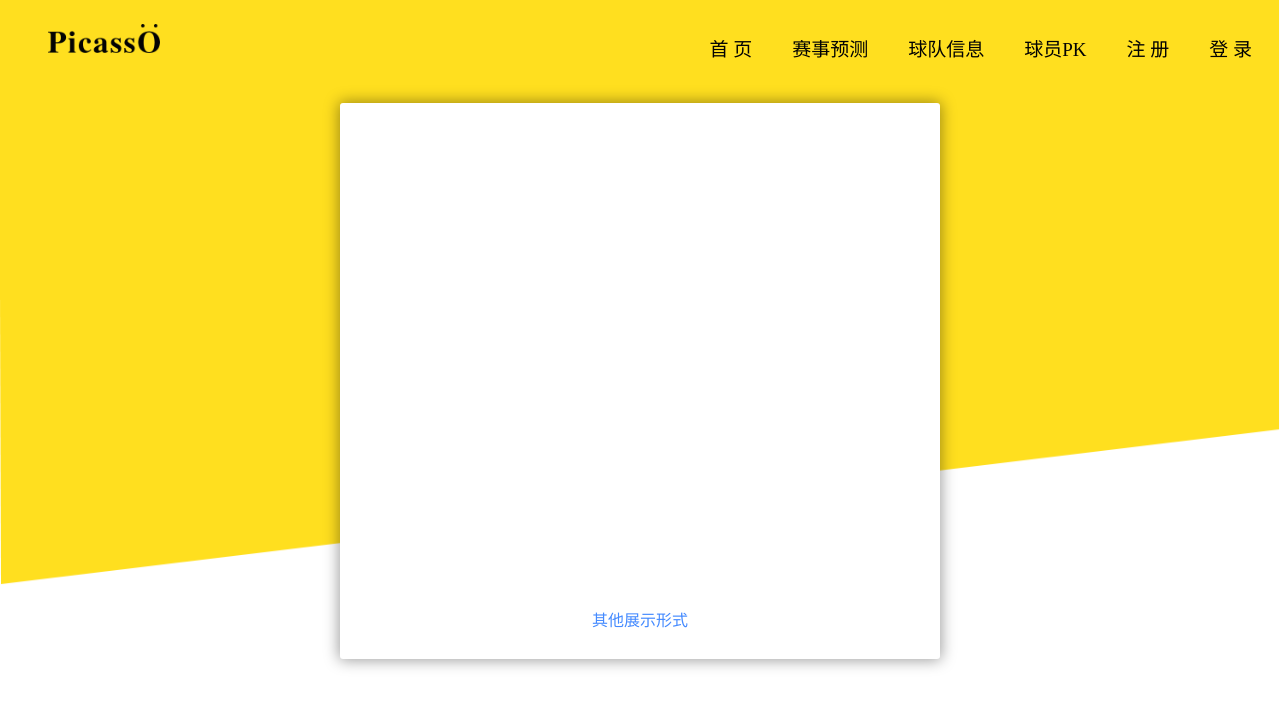
Repository: cciixx/nba-prediction-sys
Page: public/player.html
The author's editor kept a copy of each file at every save. The page is drawn from the files as they stood at one save, then again after the next save.
The browser window is 1280 px wide. The pictures show the whole page.
The page's requests for data from a server got no answer.

Above is the page before, as saved 2020-04-04 14:14:57.

### public/player.html
<!doctype html>
<html>
<head>
<meta charset="utf-8">
<title>NBA预测系统-球员信息</title>
    <link  href="css/navl.css" rel="stylesheet" type="text/css">
    <link  href="css/player.css" rel="stylesheet" type="text/css">
    <script src="JS/jquery-3.4.1.js"></script>
    <script  src="JS/echarts.min.js"></script>
    <script src="JS/player.js"></script>
	<style>
		body{background-image: url(images/half_yellow.png);}
	</style>
</head>

<body>
    <div class="header">
        <ul class='navl'>
            <li><a href="login.html">登 录</a></li>
            <li><a href="register.html">注 册</a></li>
            <li><a href="PK_index.html">球员PK</a></li>
            <li><a href="team.html">球队信息</a></li>
            <li><a href="predict.html">赛事预测</a></li>
            <li><a href="first.html">首 页</a></li>
            <img src="images/logo.png">
        </ul></div>

    <div class="wrapper">
        <div class="player_bg">
            <div id="p_name"><h3></h3></div>
            <div class="value" id="chartmain"></div>
            <p><a id="link" style="text-decoration: none;font-size: 16px;color: #448aff;">其他展示形式</a></p>
        </div>
    </div>

</body>
</html>

### public/css/navl.css
/* CSS Document */
body{
	background-repeat: no-repeat;
	background-position: top;
	background-size: 100%, 100%;
	background-attachment: fixed;
}
.header{
    overflow: hidden;
}
.btn{
	background: #3a59fd;
	font-family: '方正小标宋简体';
	color: white;
}
.navl ul{
	margin: 30px;
	width: 600px;
	height: 300px;
	color: #030303;
	position: absolute;
	top: 10px;
}
.navl li{
		height: 29px;
		width: fit-content;
		margin: 10px;
		list-style: none;
		float: right;
}
.navl img{
	float: left;
	height: 29px;
}
.navl a{
	margin: 0px 10px;
	color:#030303;
	text-align: left;
	text-decoration: none;
	font-size: 19px;
}
.wrapper{
    width: 100%;
}

### public/css/player.css
.player_bg{
    overflow: hidden;
    width: 600px;
    height: fit-content;
    margin: 30px auto;
    text-align: center;
	font-size: 26px;
	background: white;
	border: 0 none;
    border-radius: 3px;
    box-shadow: 0 0 15px 1px rgba(0, 0, 0, 0.4);
    box-sizing: border-box;
}
#p_name{
    margin-top: 30px;
    margin-bottom: -30px;
}
.player_bg .value{
    font-size: 30px;
    width: 600px;
    float: left;
    height:500px;
}
a{
    text-decoration: none;
    font-size: 16px;
    color: #448aff;
}

### public/JS/player.js
$(document).ready(function(){
    var searchURL = window.location.search;
    var player_id = searchURL.split("=")[1];
    $.ajax({
        url:'http://127.0.0.1:3000/players?player_id=' + player_id,
        type:'get' ,
        dataType: 'json',
        success: function(data){
            // data = data[0]
            var player_name = data['name']
            var pts = data["pts"]
            var reb = data["reb"] *10 // 篮板数
            var ast = data["ast"] * 10  // 助攻
            var fgp  = data["fgp"] // 投篮命中率
            var ftp = data["ftp"]  // 罚球命中率
            var tpp = data["tpp"]  // 三分命中率
            var efgp = data["efgp"] // 有效命中率
            var pef = data['pef'] / 10 // 球员效率指数
            var w_share = data['w_share'] * 100 // 胜利贡献率

            $("h3").text(player_name);
            $("#link").attr("href",'player_trans.html?p_id=' + player_id)
        option = {
                dataset: {
                    source: [
                        ['分数', '能力'],
                        [w_share, '胜利贡献率'],
                        [tpp, '三分命中率'],
                        [efgp, '有效命中率'],
                        [ftp, '罚球命中率'],
                        [fgp, '投篮命中率'],
                        [pef, '球员效率指数'],
                        [pts,  '场均得分'],
                        [reb,  '场均篮板'],
                        [ast,  '场均助攻'],
                    ]
                },
                grid: {containLabel: true},
                xAxis: {name: '分数',
                        show:false,
                    },
                yAxis: {type: 'category',
                    axisTick:{show:false//不显示坐标轴刻度线
                    },
                axisLine: { show: false,//不显示坐标轴线
                },},
                visualMap: {
                    orient: 'horizontal',
                    left: 'center',
                    min: 0,
                    max: 100,
                    text: ['High Score', 'Low Score'],
                    // Map the score column to color
                    dimension: 0,
                    inRange: {
                        color: ['#D7DA8B', '#E15457']
                    }
                },
                series: [
                    {
                        type: 'bar',
                        encode: {
                            // Map the "amount" column to X axis.
                            x: '分数',
                            // Map the "product" column to Y axis
                            y: '能力'
                        }
                    }
                ]
            };
        var myChart = echarts.init(document.getElementById('chartmain'));
        // 使用刚指定的配置项和数据显示图表。
        myChart.setOption(option);

        }
    })
})

Loaded but not shown: public/JS/jquery-3.4.1.js (library); public/JS/echarts.min.js (library)

After the next save:
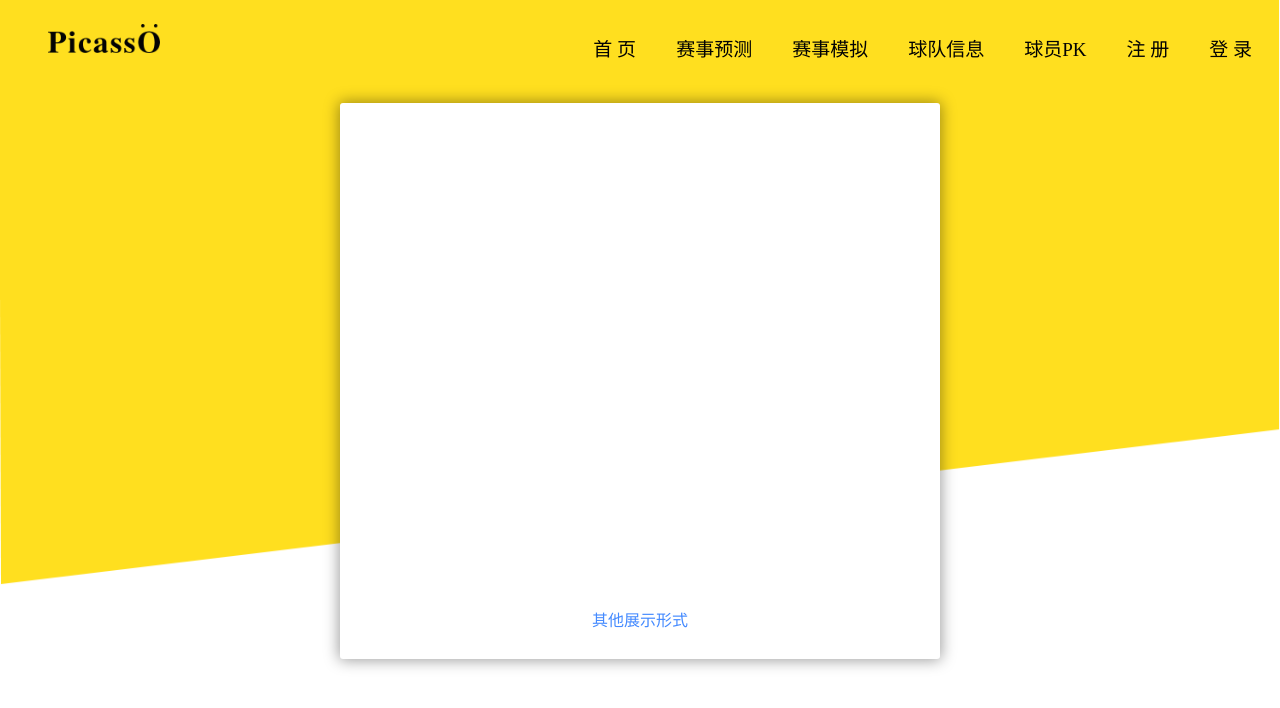
Saved 12 min 57 s later.
--- a/public/player.html
+++ b/public/player.html
@@ -19,10 +19,11 @@
             <li><a href="login.html">登 录</a></li>
             <li><a href="register.html">注 册</a></li>
             <li><a href="PK_index.html">球员PK</a></li>
-            <li><a href="team.html">球队信息</a></li>
+            <li><a href="team_index.html">球队信息</a></li>
+            <li><a href="live_index.html">赛事模拟</a></li>
             <li><a href="predict.html">赛事预测</a></li>
             <li><a href="first.html">首 页</a></li>
-            <img src="images/logo.png">
+            <img src="images/logo.png", id="logo">
         </ul></div>
 
     <div class="wrapper">
